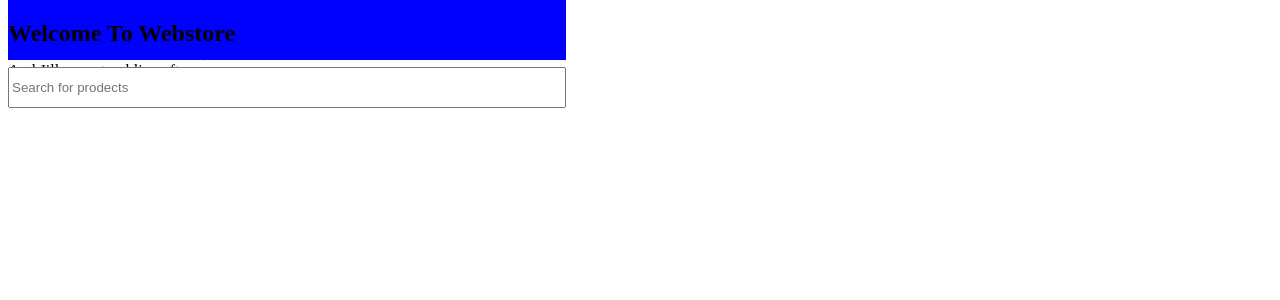
Repository: sourogithub/Final-yr-project-using-j2ee
Page: http://localhost/Webstore/JSP Pages/index.jsp
These files come from the project's save history. The page is drawn as it stood at one moment and after the next save; the edit follows.
The browser window is 1280 px wide. The pictures show the whole page.
The page is served by Tomcat 9.

Above is the page before, as saved 2017-04-11 08:05:07.

### Webstore/WebContent/JSP Pages/index.jsp
<%@ page language="java" contentType="text/html; charset=ISO-8859-1"
    pageEncoding="ISO-8859-1"%>
<!DOCTYPE html PUBLIC "-//W3C//DTD HTML 4.01 Transitional//EN" "http://www.w3.org/TR/html4/loose.dtd">
<html>
<head>
<meta http-equiv="Content-Type" content="text/html; charset=ISO-8859-1">
<title>Webstore</title>
<div id="top"  style="background:blue; height:60px;position:absolute;top:0px;">
<h2>Welcome To Webstore</h2>
<input type="text" placeholder="Search for prodects" required style=" border-width:2;width:550px;height:35px"></h2>
</div>
</head>
<body>

<div id="mydiv" style="width:200px;background:white" onmouseover="this.style.background='gray';" onmouseout="this.style.background='white';">
    Jack and Jill went up the hill
    To fetch a pail of water.
    Jack fell down and broke his crown,
    And Jill came tumbling after.
    </div>
</body>
</html>

After the next save:
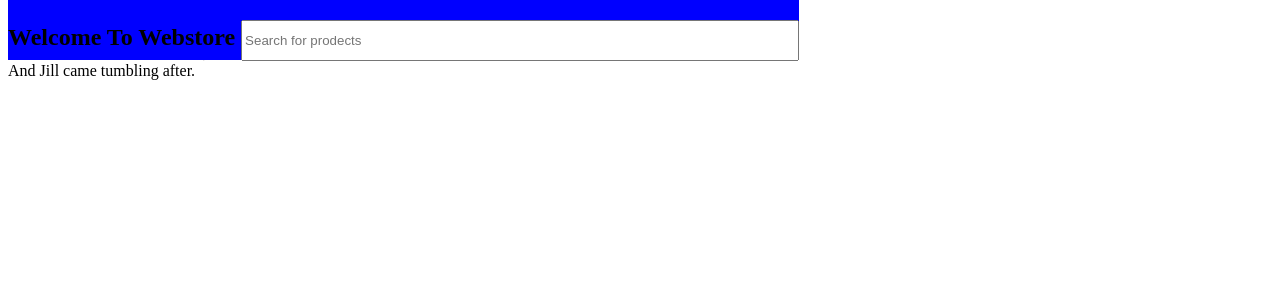
Saved 20 s later.
--- a/Webstore/WebContent/JSP Pages/index.jsp
+++ b/Webstore/WebContent/JSP Pages/index.jsp
@@ -6,7 +6,7 @@
 <meta http-equiv="Content-Type" content="text/html; charset=ISO-8859-1">
 <title>Webstore</title>
 <div id="top"  style="background:blue; height:60px;position:absolute;top:0px;">
-<h2>Welcome To Webstore</h2>
+<h2>Welcome To Webstore
 <input type="text" placeholder="Search for prodects" required style=" border-width:2;width:550px;height:35px"></h2>
 </div>
 </head>
